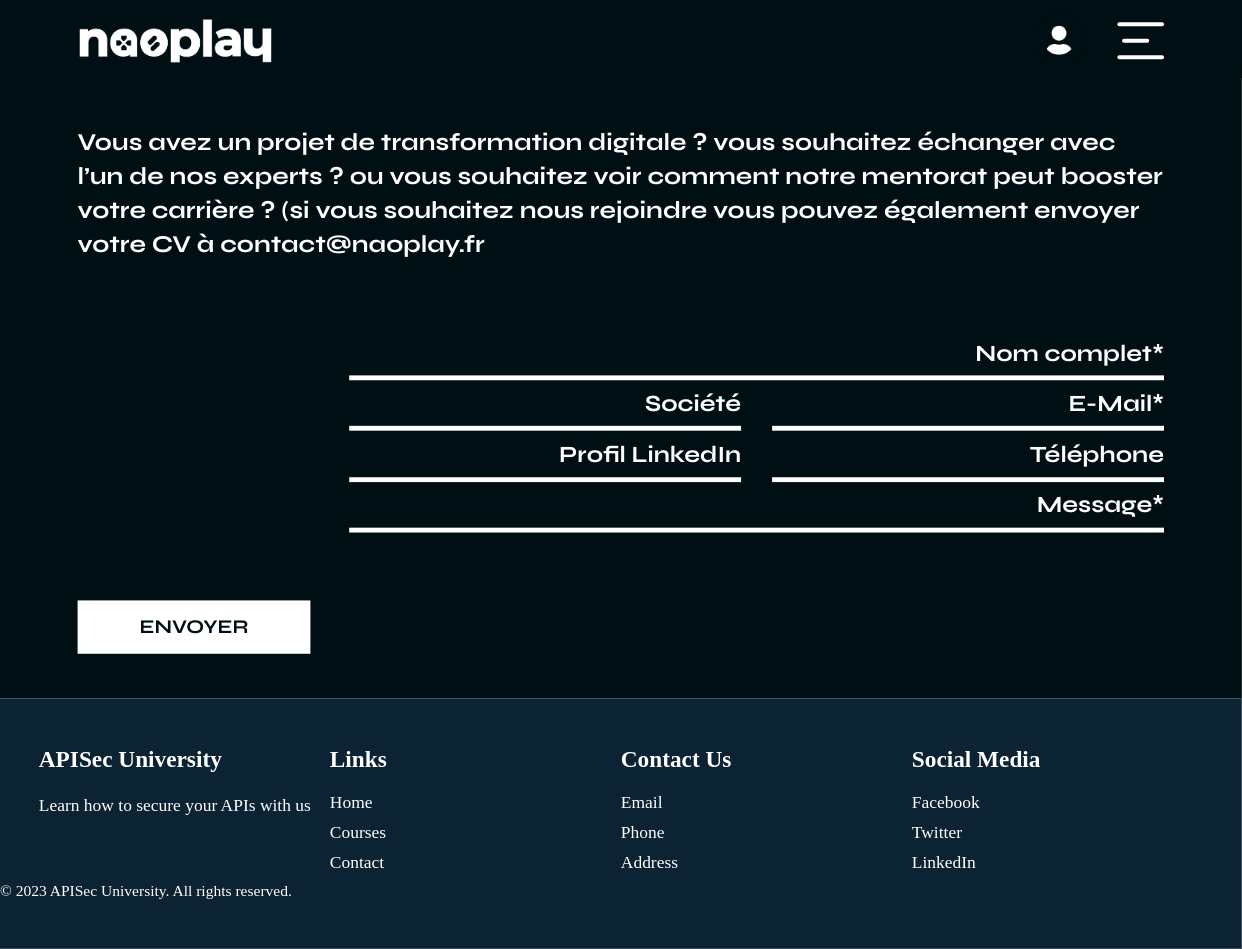
Repository: Hindsedrati/Naoplay
Page: /contact
The author's editor kept a copy of each file at every save. The page is drawn from the files as they stood at one save, then again after the next save.
The browser window is 1280 px wide. The pictures show the whole page, at 97% of full size.
The project was rebuilt for these pictures with package versions that can differ from the ones it lists, and the page was loaded fresh each time. Also part of the build but not shown: src/Pages/Login/index.jsx, src/Components/Const/index.jsx, src/Components/Partners/index.jsx, src/Components/Naoplay/index.jsx, src/Components/Api/index.jsx, src/Components/Digitalisation/index.jsx, src/Components/Gateway/index.jsx, src/Components/ApiManagement/index.jsx and 6 more.

Above is the page before, as saved 2023-05-09 13:55:12.

After the next save:
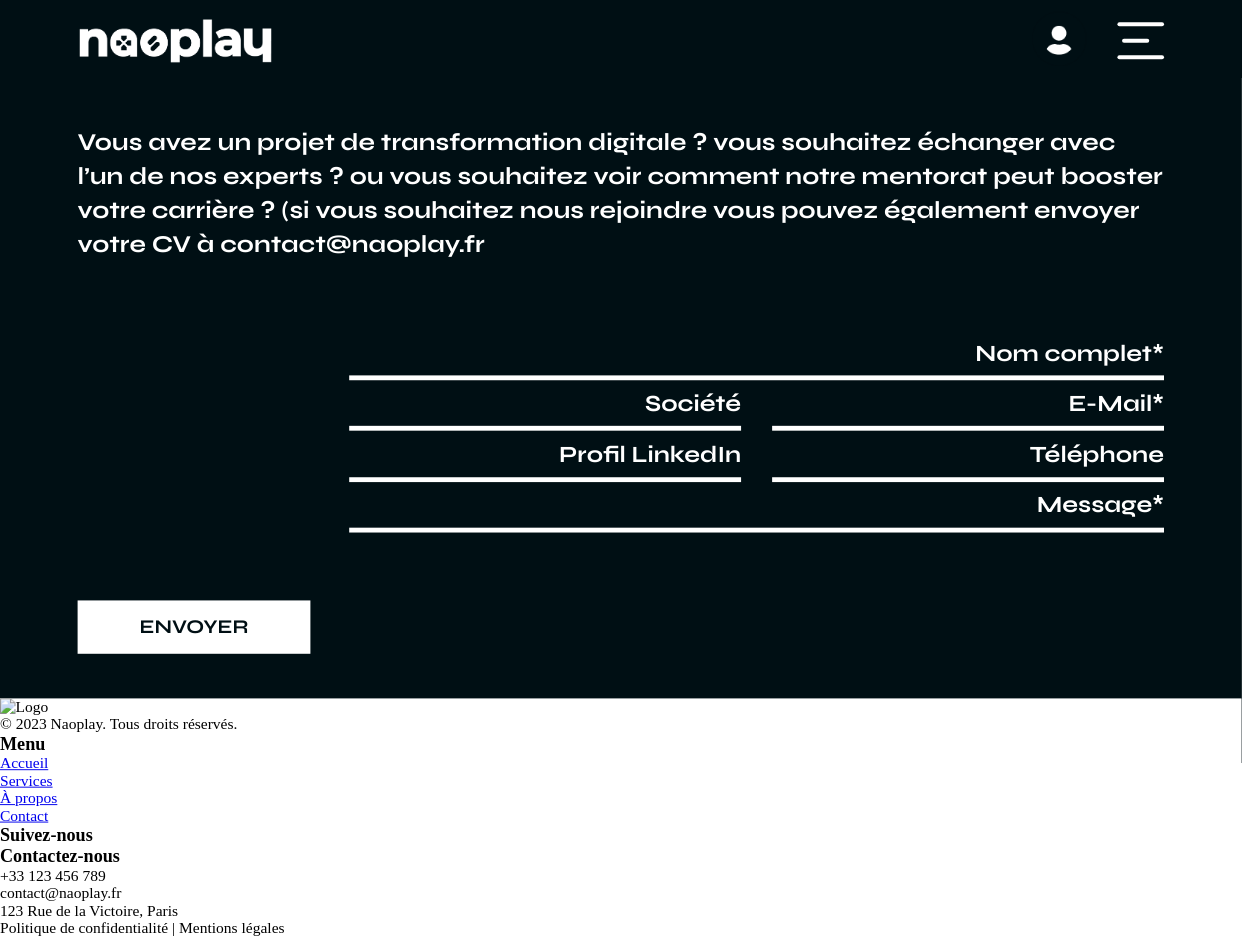
Not found: logo.png
Saved 4 min 27 s later.
--- a/src/Layouts/Footer/Index.jsx
+++ b/src/Layouts/Footer/Index.jsx
@@ -3,41 +3,44 @@
 
 function Footer() {
   return (
-    <footer className="footer">
-      <div className="footer-container">
-        <div className="footer-section">
-          <h3>APISec University</h3>
-          <p>Learn how to secure your APIs with us</p>
-        </div>
-        <div className="footer-section">
-          <h3>Links</h3>
-          <ul>
-            <li><a href="/">Home</a></li>
-            <li><a href="/">Courses</a></li>
-            <li><a href="/">Contact</a></li>
-          </ul>
-        </div>
-        <div className="footer-section">
-          <h3>Contact Us</h3>
-          <ul>
-            <li><a href="/">Email</a></li>
-            <li><a href="/">Phone</a></li>
-            <li><a href="/">Address</a></li>
-          </ul>
-        </div>
-        <div className="footer-section">
-          <h3>Social Media</h3>
-          <ul>
-            <li><a href="/">Facebook</a></li>
-            <li><a href="/">Twitter</a></li>
-            <li><a href="/">LinkedIn</a></li>
-          </ul>
-        </div>
-      </div>
-      <div className="footer-bottom">
-        <p>&copy; 2023 APISec University. All rights reserved.</p>
-      </div>
-    </footer>
+    <footer>
+  <div class="footer-top">
+    <div class="footer-logo">
+      <img src="logo.png" alt="Logo" />
+      <p>© 2023 Naoplay. Tous droits réservés.</p>
+    </div>
+    <div class="footer-menu">
+      <h3>Menu</h3>
+      <ul>
+        <li><a href="/">Accueil</a></li>
+        <li><a href="/">Services</a></li>
+        <li><a href="/">À propos</a></li>
+        <li><a href="/">Contact</a></li>
+      </ul>
+    </div>
+    <div class="footer-social">
+      <h3>Suivez-nous</h3>
+      <ul>
+        <li><a href="#"><i class="fab fa-facebook-f"></i></a></li>
+        <li><a href="#"><i class="fab fa-twitter"></i></a></li>
+        <li><a href="#"><i class="fab fa-linkedin-in"></i></a></li>
+        <li><a href="#"><i class="fab fa-instagram"></i></a></li>
+      </ul>
+    </div>
+    <div class="footer-contact">
+      <h3>Contactez-nous</h3>
+      <ul>
+        <li><i class="fas fa-phone"></i> +33 123 456 789</li>
+        <li><i class="fas fa-envelope"></i> contact@naoplay.fr</li>
+        <li><i class="fas fa-map-marker-alt"></i> 123 Rue de la Victoire, Paris</li>
+      </ul>
+    </div>
+  </div>
+  <div class="footer-bottom">
+    <p>Politique de confidentialité | Mentions légales</p>
+  </div>
+</footer>
+
   );
 }
 
